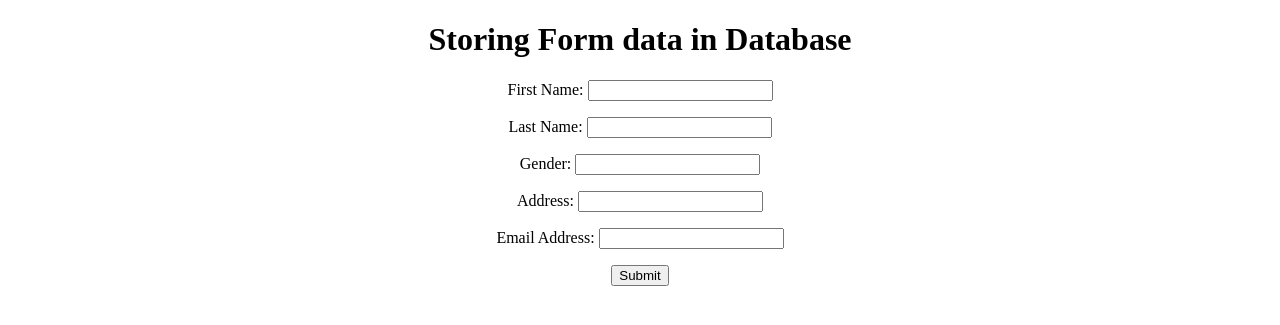
Repository: sibi24sibi/php-mysql-manal-chatbot
Page: insert-data.html
These files come from the project's save history. The page is drawn as it stood at one moment and after the next save; the edit follows.
The browser window is 1280 px wide. The pictures show the whole page.

Above is the page before, as saved 2023-01-15 18:51:34.

### insert-data.html
<!DOCTYPE html>
<html lang="en">
<head>
	<title>GFG- Store Data</title>
</head>
<body>
	<center>
		<h1>Storing Form data in Database</h1>
		<form action="insert.php" method="post">

<p>
			<label for="firstName">First Name:</label>
			<input type="text" name="first_name" id="firstName">
			</p>


<p>
			<label for="lastName">Last Name:</label>
			<input type="text" name="last_name" id="lastName">
			</p>


<p>
			<label for="Gender">Gender:</label>
			<input type="text" name="gender" id="Gender">
			</p>


<p>
			<label for="Address">Address:</label>
			<input type="text" name="address" id="Address">
			</p>


<p>
			<label for="emailAddress">Email Address:</label>
			<input type="text" name="email" id="emailAddress">
			</p>

			<input type="submit" value="Submit">
		</form>
	</center>
</body>
</html>

After the next save:
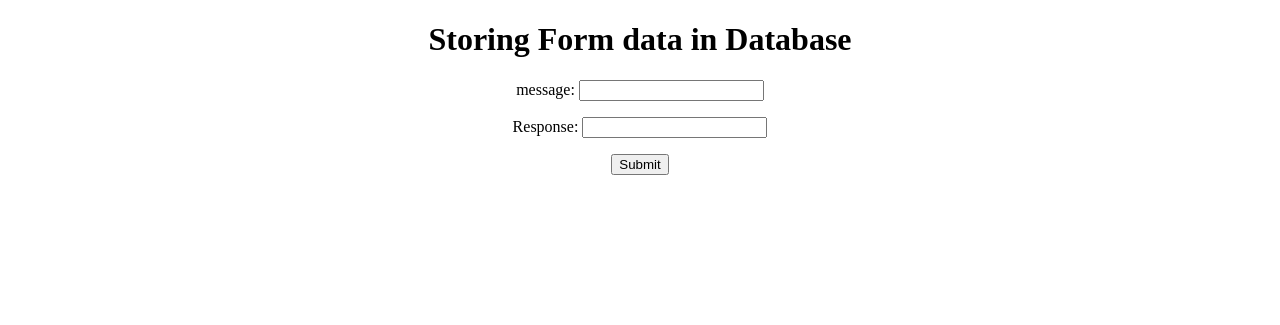
Saved 7 min 34 s later.
--- a/insert-data.html
+++ b/insert-data.html
@@ -8,34 +8,18 @@
 		<h1>Storing Form data in Database</h1>
 		<form action="insert.php" method="post">
 
-<p>
-			<label for="firstName">First Name:</label>
-			<input type="text" name="first_name" id="firstName">
-			</p>
+    <p>
+			<label for="message">message:</label>
+			<input type="text" name="message" id="message">
+    </p>
 
 
-<p>
-			<label for="lastName">Last Name:</label>
-			<input type="text" name="last_name" id="lastName">
-			</p>
+    <p>
+			<label for="response">Response:</label>
+			<input type="response" name="last_name" id="response">
+	</p>
 
 
-<p>
-			<label for="Gender">Gender:</label>
-			<input type="text" name="gender" id="Gender">
-			</p>
-
-
-<p>
-			<label for="Address">Address:</label>
-			<input type="text" name="address" id="Address">
-			</p>
-
-
-<p>
-			<label for="emailAddress">Email Address:</label>
-			<input type="text" name="email" id="emailAddress">
-			</p>
 
 			<input type="submit" value="Submit">
 		</form>
